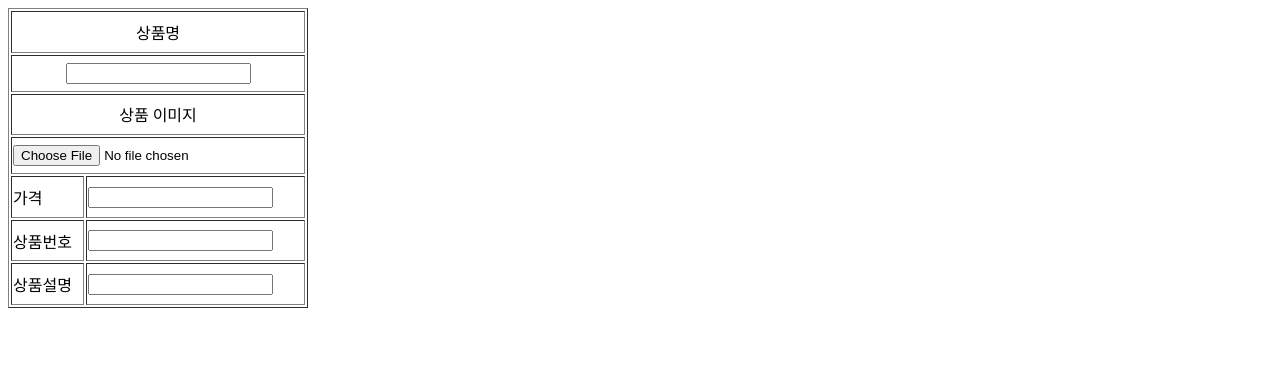
Repository: gunvv00/Java_practice
Page: html_work/html01/WebContent/goods.html
An editor plug-in stored every save of this project. The page is shown before and after the next save, followed by the edit.
The browser window is 1280 px wide. The pictures show the whole page.

Above is the page before, as saved 2020-01-02 07:31:43.

After the next save:
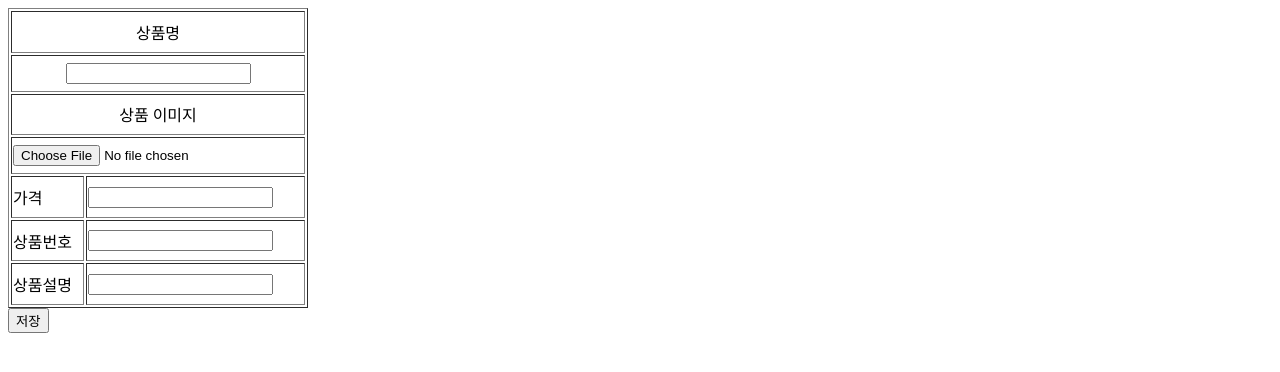
Saved 50 s later.
--- a/html_work/html01/WebContent/goods.html
+++ b/html_work/html01/WebContent/goods.html
@@ -31,7 +31,9 @@
 			<td>상품설명</td>
 			<td><input type = "explain" name="" value = "" ></td>
 		</tr>
+	</TABLE>
 
+	<input type = "submit" value = "저장"/>
 
 
 </body>
